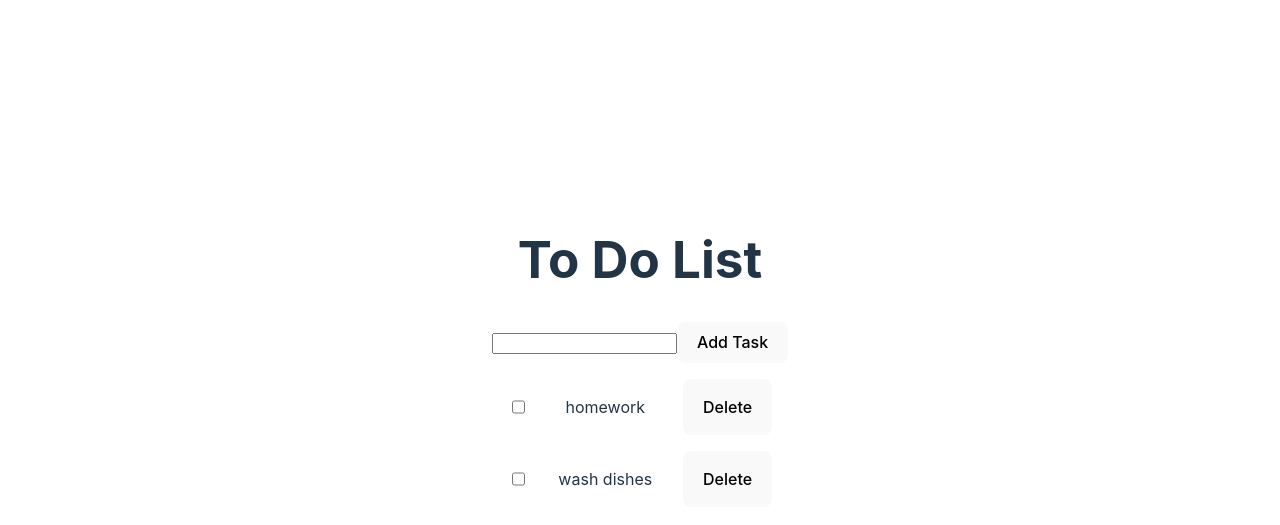
Repository: Jennica1/FRONT_END_WEEK06
Page: / (app in react/)
An editor plug-in stored every save of this project. The page is shown before and after a run of saves, followed by the edit.
The browser window is 1280 px wide. The pictures show the whole page.
The project was rebuilt for these pictures with package versions that can differ from the ones it lists, and the page was loaded fresh each time. Also part of the build but not shown: react/vite.config.js.

Above is the page before, as saved 2024-10-24 10:20:14.

### react/src/App.jsx
import { useState } from 'react';
import reactLogo from './assets/react.svg';
import viteLogo from '/vite.svg';
import TaskForm from './components/TaskForm';
import './App.css';


function App() {

  return (
    <>
     <TaskForm/>
    </>
  )
}

export default App

### react/src/components/TaskForm.jsx
import React, { useState } from 'react'
//renders an input box and a button for creating new tasks.
//Decide where the shared state should live. This is where you would also want to define the functions for updating the app state, including:

//a function for toggling the complete status of a task
//a function for adding a new task
//a function for deleting a task


const data = [
  {
    id: 1,
    taskName: 'homework',
    completed: false
  },
  {
    id: 2,
    taskName: 'wash dishes',
    completed: false
  },
];

function TaskForm() {
  const [tasks, setTasks] = useState(data);
  const [taskData, settaskData] = useState({ taskName: '', completed: false });


  function handleAddTask(e) {
    e.preventDefault();
    if (taskData.taskName) {
      const newTask = { ...taskData, id: tasks.length + 1, completed: false };
      setTasks([...tasks, newTask]);
      settaskData({ taskName: '', completed: false });
    }
  }


  function handleDeleteTask(id) {
    setTasks(tasks.filter(task => task.id !== id));
  }


  function toggleTaskCompletion(id) {
    setTasks(tasks.map(task =>
      task.id === id ? { ...task, completed: !task.completed } : task
    ));
  }

  const newListUI = tasks.map((task) => (
    <div key={task.id} style={{ display: 'flex', justifyContent: 'center',  justifyContent:"space-between", margin: '1em'}}>
      <input
        type="checkbox"
        checked={task.completed}
        onChange={() => toggleTaskCompletion(task.id)}
      />
      <p style={{ textDecoration: task.completed ? 'line-through' : 'none' }}>
        {task.taskName}
      </p>
      <button className='btn-delete'
      onClick={() => handleDeleteTask(task.id)}>Delete</button>
    </div>
  ));

  return (
    <>
      <h1>To Do List</h1>
     <form onSubmit={handleAddTask}>
        <input
          type='text'
          value={taskData.taskName}
          onChange={(e) => settaskData({ ...taskData, taskName: e.target.value })}
        />
        <button className='btn-task'
        type="submit">Add Task</button>
      </form>


      <div>
      {newListUI}
      </div>
    </>
  )
}

export default TaskForm

### react/src/App.css
#root {
  max-width: 1280px;
  margin: 0 auto;
  padding: 2rem;
  text-align: center;
}

.logo {
  height: 6em;
  padding: 1.5em;
  will-change: filter;
  transition: filter 300ms;
}
.logo:hover {
  filter: drop-shadow(0 0 2em #646cffaa);
}
.logo.react:hover {
  filter: drop-shadow(0 0 2em #61dafbaa);
}

@keyframes logo-spin {
  from {
    transform: rotate(0deg);
  }
  to {
    transform: rotate(360deg);
  }
}

@media (prefers-reduced-motion: no-preference) {
  a:nth-of-type(2) .logo {
    animation: logo-spin infinite 20s linear;
  }
}

.card {
  padding: 2em;
}

.read-the-docs {
  color: #888;
}

.btn-delete {
  align-items: end;
}

Loaded but not shown: react/index.html (common file); react/src/main.jsx (common file); react/src/index.css (common file)

After the next 2 saves:
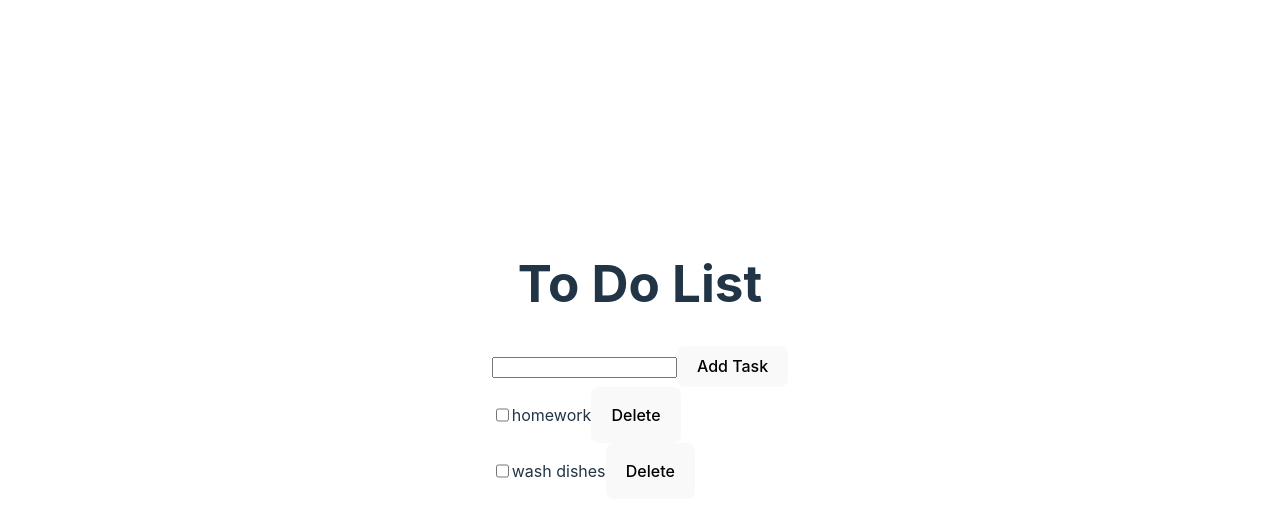
The 2 saves are shown as one change because 1 did not build or start.
The last was saved 33 s later.
--- a/react/src/components/TaskForm.jsx
+++ b/react/src/components/TaskForm.jsx
@@ -47,7 +47,7 @@
   }
 
   const newListUI = tasks.map((task) => (
-    <div key={task.id} style={{ display: 'flex', justifyContent: 'center',  justifyContent:"space-between", margin: '1em'}}>
+    <div key={task.id} style={{ display: 'flex', justifyContent: 'center',  justifyContent:"margin: '1em'"}}>
       <input
         type="checkbox"
         checked={task.completed}

After the save that followed:
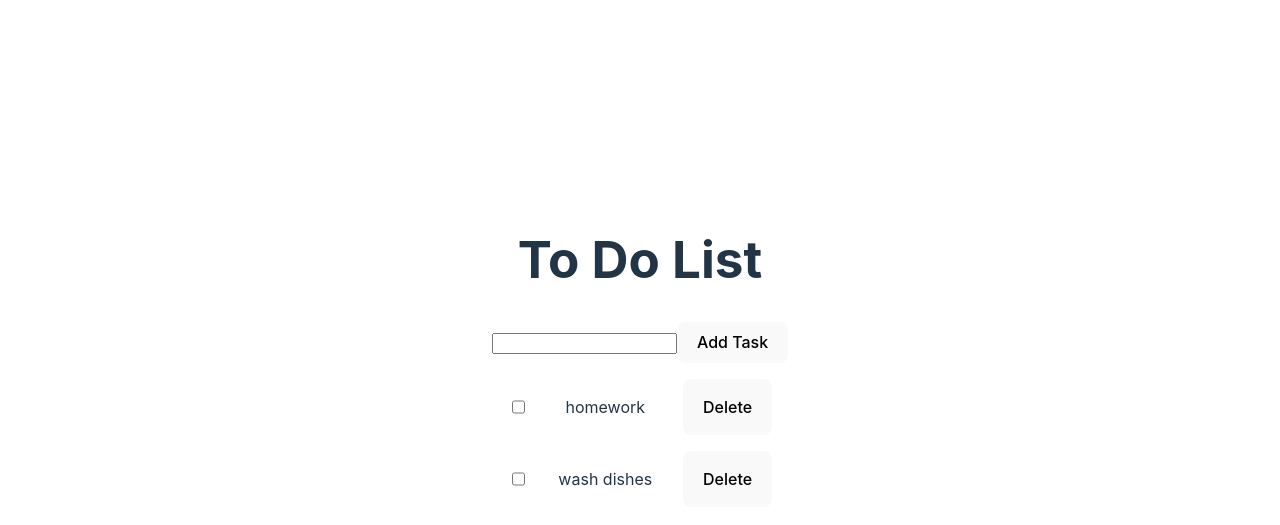
Saved 16 s later.
--- a/react/src/components/TaskForm.jsx
+++ b/react/src/components/TaskForm.jsx
@@ -47,7 +47,7 @@
   }
 
   const newListUI = tasks.map((task) => (
-    <div key={task.id} style={{ display: 'flex', justifyContent: 'center',  justifyContent:"margin: '1em'"}}>
+    <div key={task.id} style={{ display: 'flex', justifyContent: 'center',  justifyContent:"space-between", margin: '1em'}}>
       <input
         type="checkbox"
         checked={task.completed}
